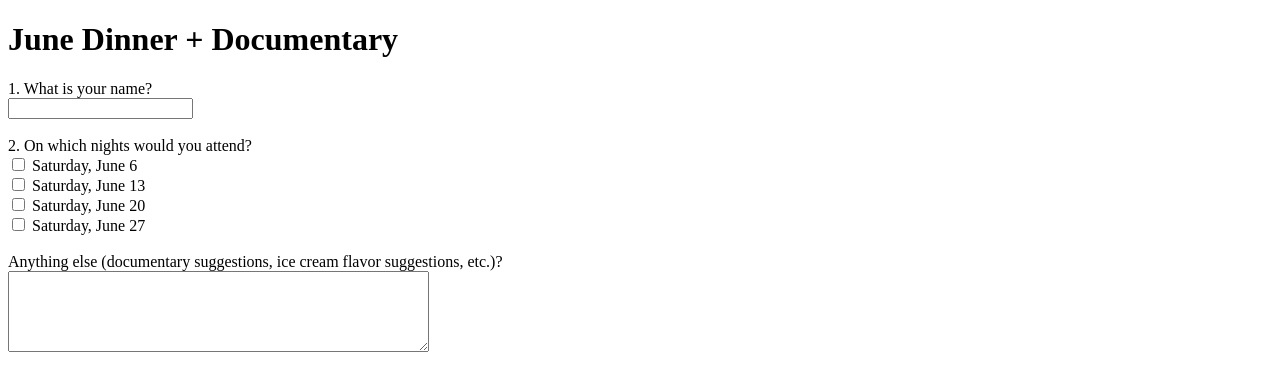
Repository: bhuhmann/event-survey
Page: survey.html
These files come from the project's save history. The page is drawn as it stood at one moment and after the next save; the edit follows.
The browser window is 1280 px wide. The pictures show the whole page.

Above is the page before, as saved 2020-03-31 19:15:10.

### survey.html
<!DOCTYPE html>
<html>
    <head>
        <title>June Dinner + Documentary</title>
    </head>
    <body>
        <h1>June Dinner + Documentary</h1>
        <!--TODO: form needs an action="" something, but I don't know how this works yet-->
        <form method="GET">
            <!--TODO: consider if further data validation would be useful-->
            <!--TODO: can I make automatic numbering happen so that I can easily reorder/add/remove questions?-->
            <!--TODO: make question font larger than answer font-->
            <label for="name">1. What is your name?</label>
            <br>
            <input id="name" type="text" name="name" required>
            <br>
            <br>
            <span>2. On which nights would you attend?</span>
            <br>
            <!--TODO: consider what date value should be for proper input into database-->
            <input id='dates' type="checkbox" name="dates" value="Saturday, June 6">
            <label for="dates">Saturday, June 6</label>
            <br>
            <input id='dates' type="checkbox" name="dates" value="Saturday, June 13">
            <label for="dates">Saturday, June 13</label>
            <br>
            <input id='dates' type="checkbox" name="dates" value="Saturday, June 20">
            <label for="dates">Saturday, June 20</label>
            <br>
            <input id='dates' type="checkbox" name="dates" value="Saturday, June 27">
            <label for="dates">Saturday, June 27</label>
            <br>
            <!--Please rank the films in order of preference. Maybe drag and drop, probably requires JS?-->
            <!--Please rank the main dishes in order of preference. Maybe drag and drop, probably requires JS?-->
            <!--Please rank the ice cream flavors in order of preference. Maybe drag and drop, probably requires JS?-->
            <!--Anything else (documentary suggestions, ice cream flavor suggestions, etc.)? areatext-->
            <br>
            <label for="anything">Anything else (documentary suggestions, ice cream flavor suggestions, etc.)?</label>
            <br>
            <textarea for="anything" type="textarea" name="free-response" rows=5 cols=50></textarea>
            <!--Submission button-->
        </form>
    </body>

</html>

After the next save:
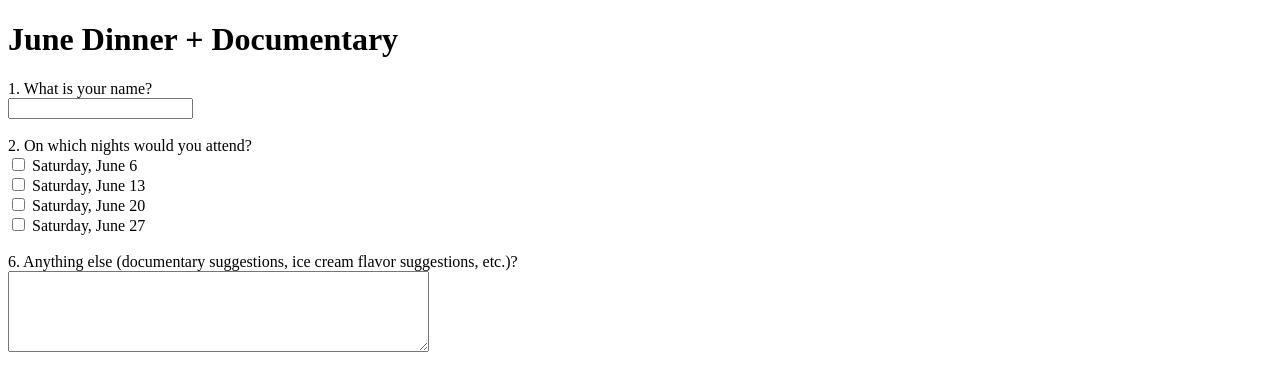
Saved 34 s later.
--- a/survey.html
+++ b/survey.html
@@ -33,11 +33,10 @@
             <!--Please rank the films in order of preference. Maybe drag and drop, probably requires JS?-->
             <!--Please rank the main dishes in order of preference. Maybe drag and drop, probably requires JS?-->
             <!--Please rank the ice cream flavors in order of preference. Maybe drag and drop, probably requires JS?-->
-            <!--Anything else (documentary suggestions, ice cream flavor suggestions, etc.)? areatext-->
             <br>
-            <label for="anything">Anything else (documentary suggestions, ice cream flavor suggestions, etc.)?</label>
+            <label for="anything">6. Anything else (documentary suggestions, ice cream flavor suggestions, etc.)?</label>
             <br>
-            <textarea for="anything" type="textarea" name="free-response" rows=5 cols=50></textarea>
+            <textarea for="anything" name="free-response" rows=5 cols=50></textarea>
             <!--Submission button-->
         </form>
     </body>
